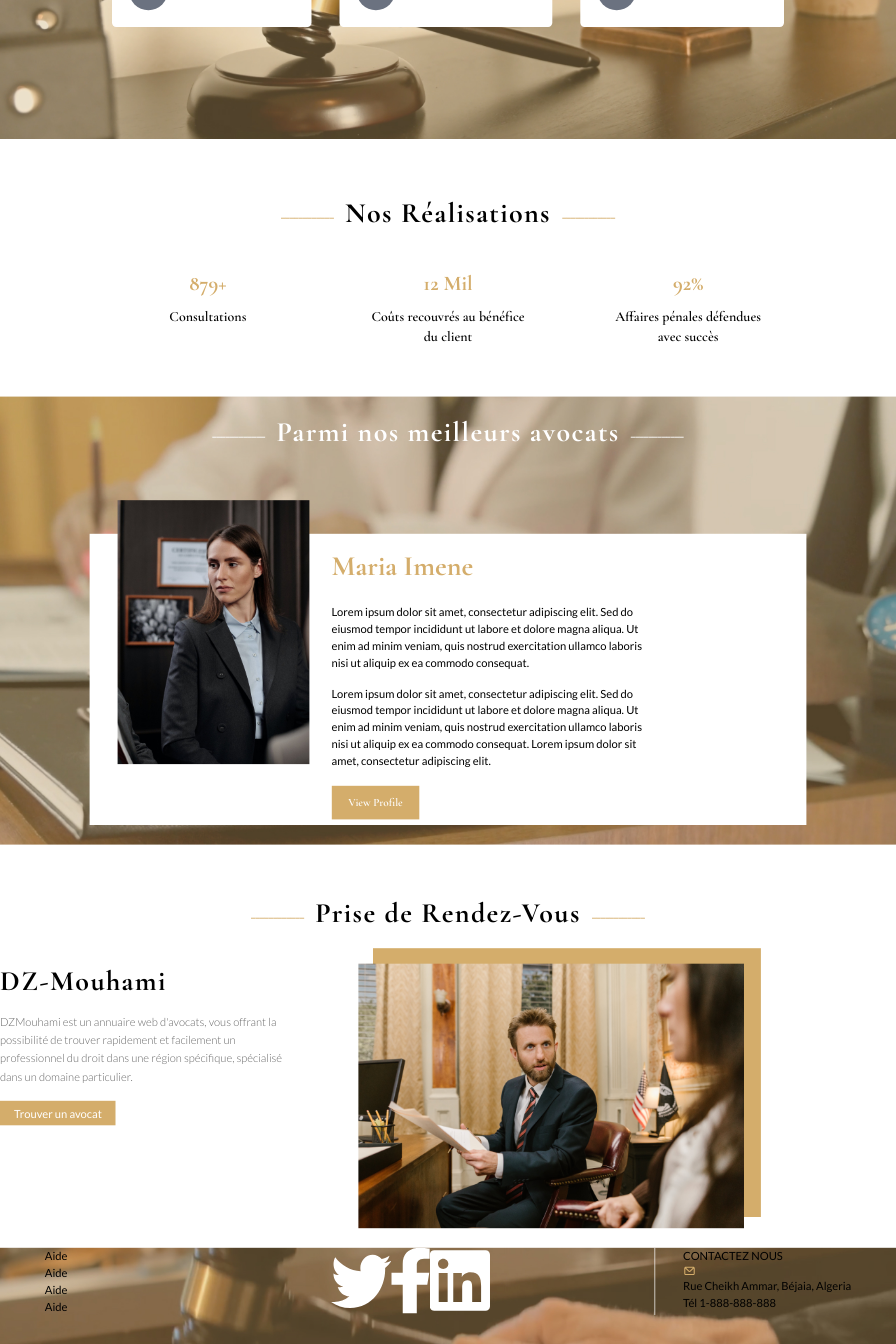
Repository: Chekrouba-Tinhinane/Mohami_dz
Page: / (app in client/)
These files come from the project's save history. The page is drawn as it stood at one moment and after a run of saves; the edit follows.
The browser window is 1280 px wide. The pictures show the part of the page from y = 1901 to 3821 px (the page is 4102 px tall), at 70% of full size.
The project was rebuilt for these pictures with package versions that can differ from the ones it lists, and the page was loaded fresh each time. Also part of the build but not shown: client/vite.config.js, client/src/SignIn.jsx, client/src/components/Selector.jsx, client/src/components/SearchContainer.jsx, client/src/Search.jsx, client/src/components/super/HomeLayout.jsx, client/src/components/Profile.jsx.

Above is the page before, as saved 2024-01-25 12:24:14.

After the next 2 saves:
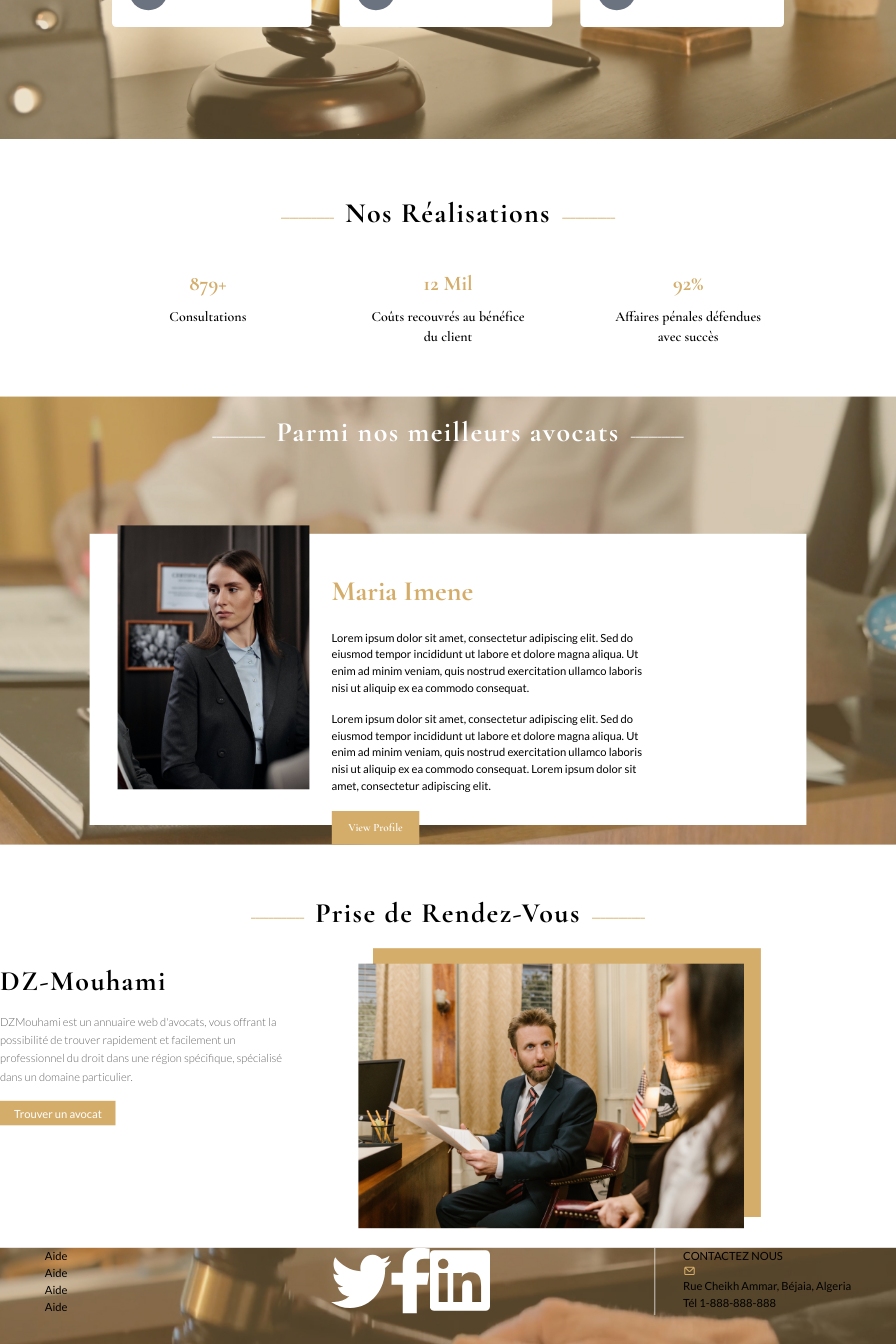
The 2 saves are shown as one change because they came seconds apart.
The last was saved 29 s later.
--- a/client/src/LandingPage.jsx
+++ b/client/src/LandingPage.jsx
@@ -218,7 +218,7 @@ function Hero() {
             <span className=" font-semibold select-none">____________</span>
           </div>
 
-          <div className=" flex gap-8 w-[80%] bg-white text-black h-[26rem] px-10 ">
+          <div className=" flex gap-8 w-[80%] bg-white text-black h-[26rem] px-10 py-9 ">
             <div className="relative basis-[30%]">
               {" "}
               <img
